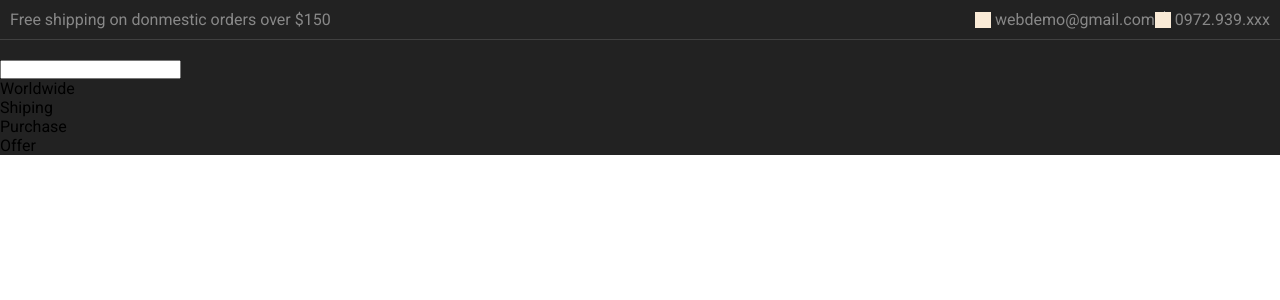
Repository: ldminh95/demo01
Page: index.html
These files come from the project's save history. The page is drawn as it stood at one moment and after the next save; the edit follows.
The browser window is 1280 px wide. The pictures show the whole page.

Above is the page before, as saved 2023-09-09 16:09:53.

After the next save:
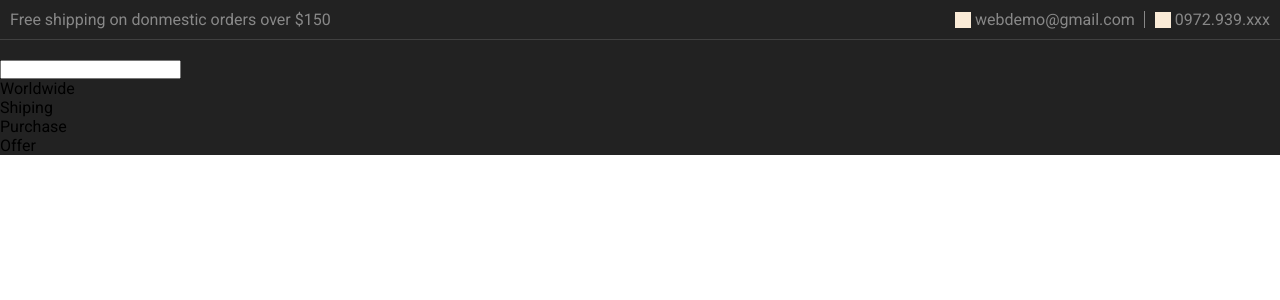
Saved 45 s later.
--- a/style.css
+++ b/style.css
@@ -29,7 +29,7 @@ header {
 }
 .header_info .info_right {
     display: flex;
-    gap: 20px;
+    gap: 40px;
 }
 .header_info p {
     color: #888888;
